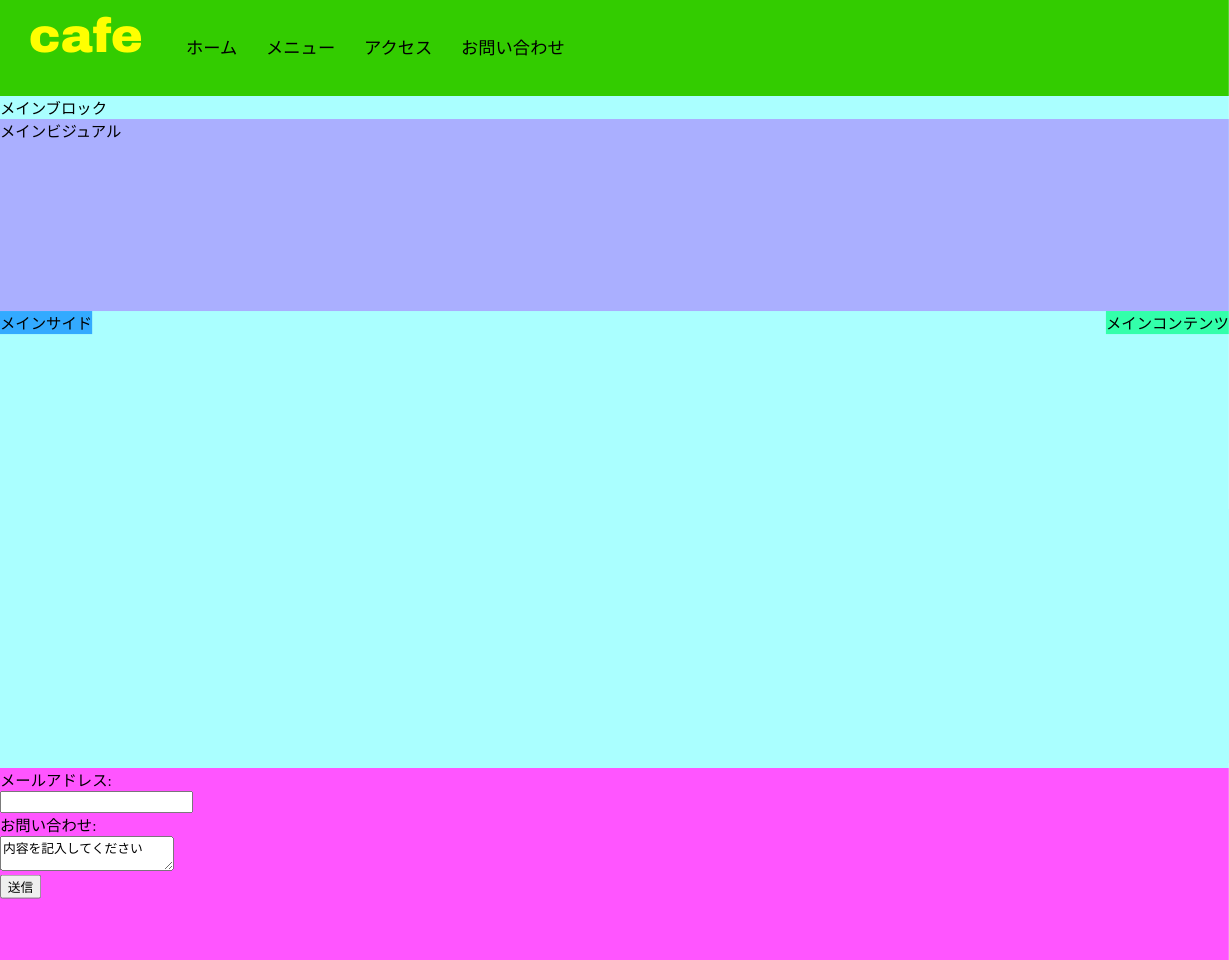
Repository: REO0315/samurai_HTML-CSS
Page: index.html
The author's editor kept a record of every edit. The page is drawn from the files as they stood at one moment, then again after the next edit.
The browser window is 1280 px wide. The pictures show the whole page, at 96% of full size.

Above is the page before.

After the next edit:
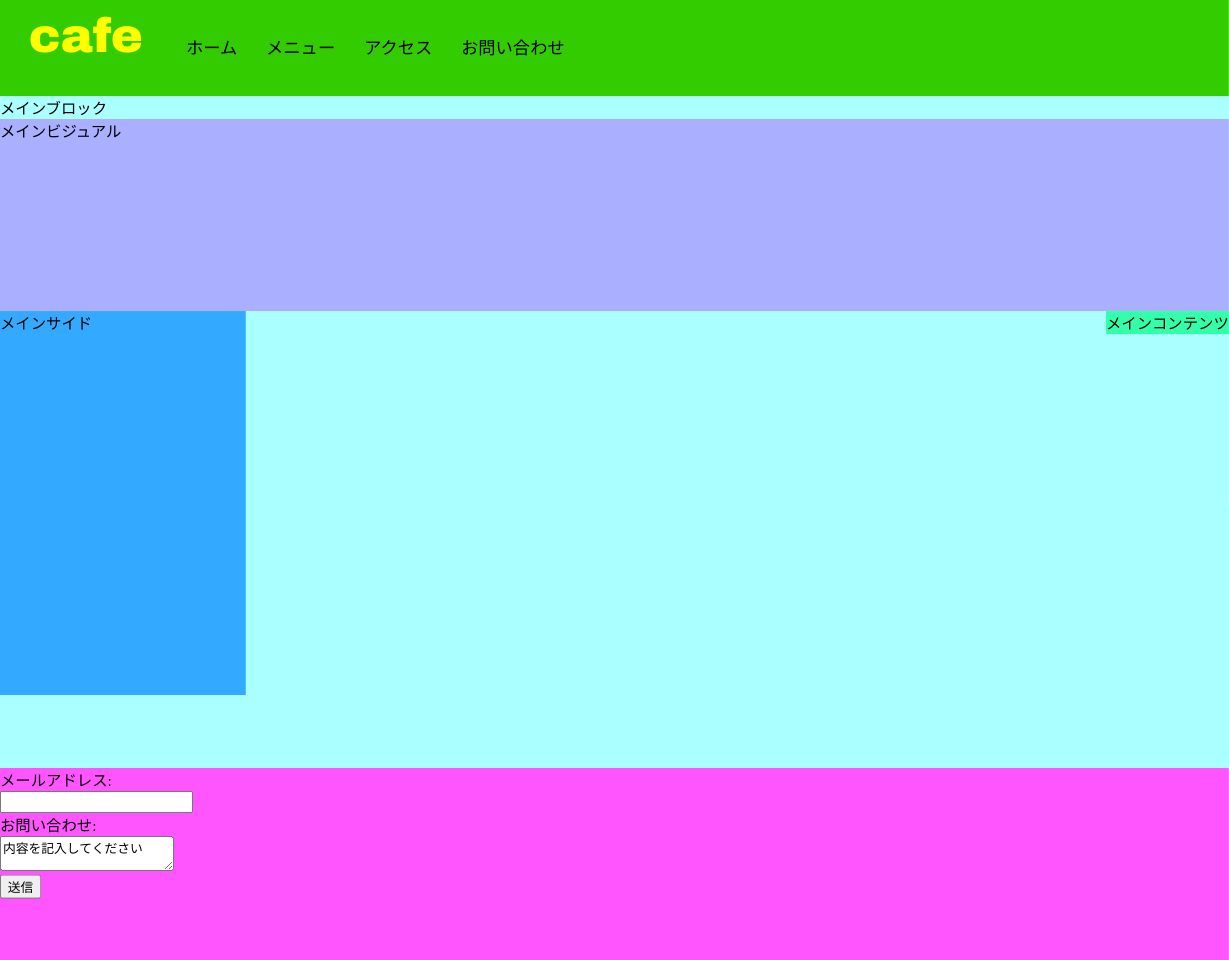
The edit:
--- a/style.css
+++ b/style.css
@@ -48,6 +48,8 @@
 .main_side{
     float:left;
     background-color:#33aaff;
+    height:400px;
+    width:20%;
 }
 
 .main_content{
